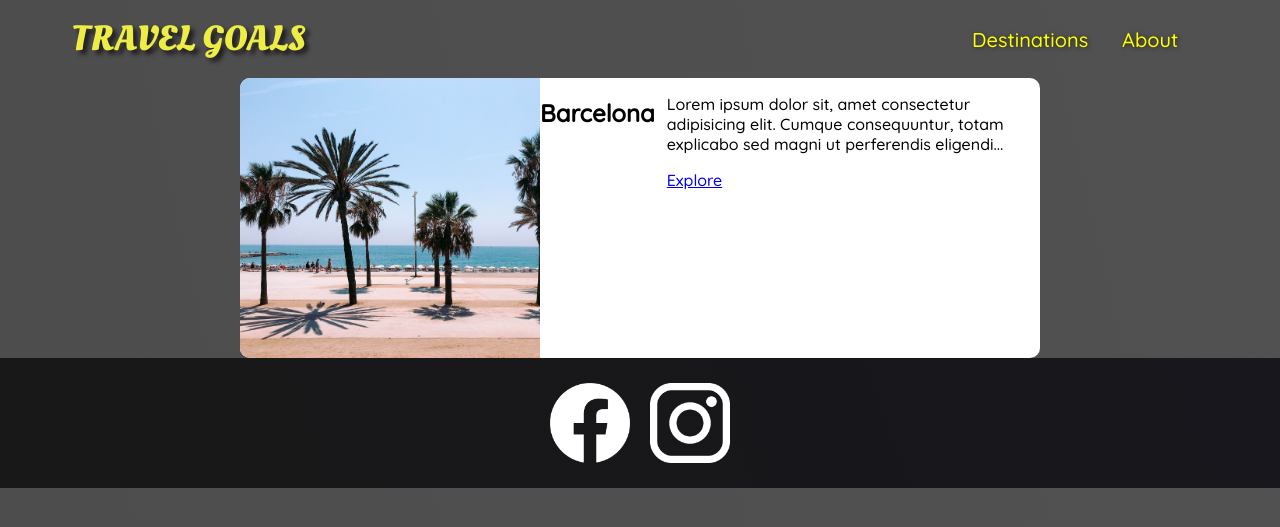
Repository: MicTomm/Travel-Goals
Page: places.html
These files come from the project's save history. The page is drawn as it stood at one moment and after the next save; the edit follows.
The browser window is 1280 px wide. The pictures show the whole page.

Above is the page before, as saved 2023-06-08 20:22:48.

After the next save:
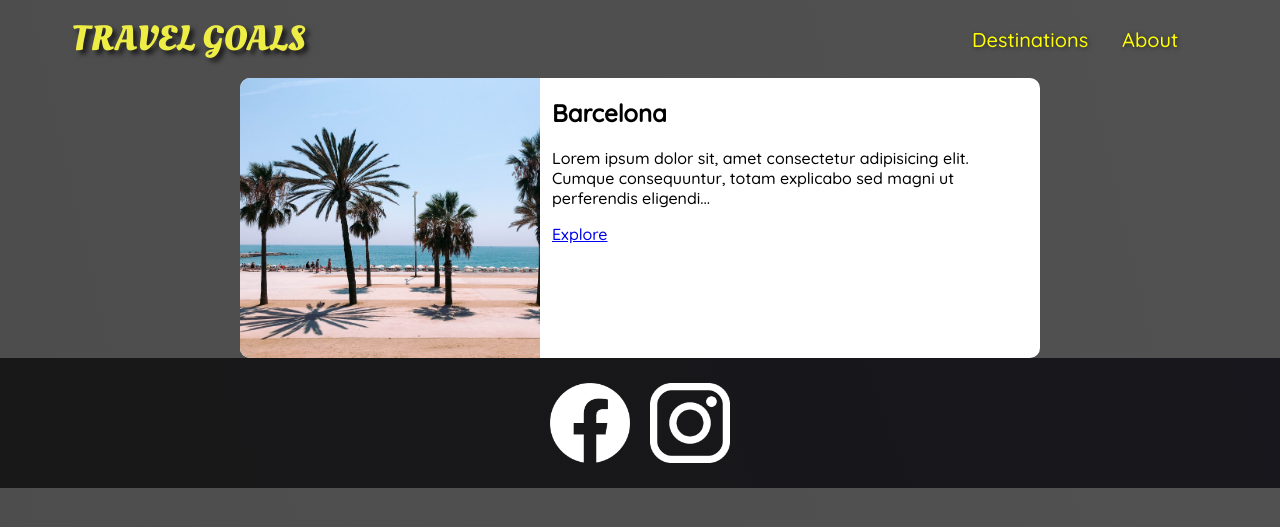
Saved 19 s later.
--- a/places.html
+++ b/places.html
@@ -26,8 +26,8 @@
         <ul>
             <li>
                 <img src="images/places/barcelona.jpg" alt="Barcelona">
-                <h2>Barcelona</h2>
                 <div class="card-content">
+                    <h2>Barcelona</h2>
                     <p>Lorem ipsum dolor sit, amet consectetur adipisicing elit. Cumque consequuntur, totam explicabo sed magni ut perferendis eligendi...</p>
                     <div class="card-link">
                         <a href="https://en.wikipedia.org/wiki/Barcelona">Explore</a>
